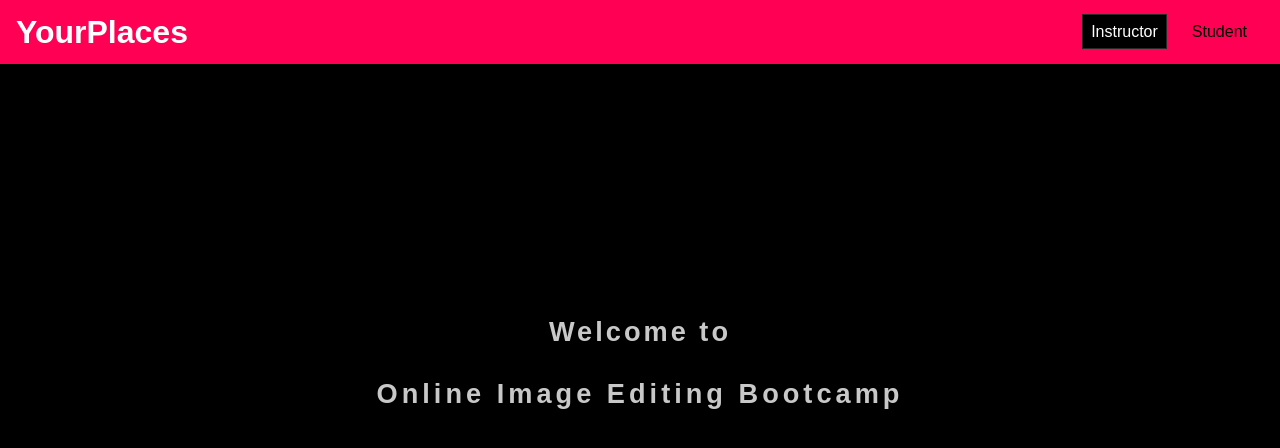
Repository: TanviSanyal/ImageEditingBootcamp
Page: /
The author's editor kept a copy of each file at every save. The page is drawn from the files as they stood at one save, then again after the next save.
The browser window is 1280 px wide. The pictures show the whole page.
The project was rebuilt for these pictures with package versions that can differ from the ones it lists, and the page was loaded fresh each time. Also part of the build but not shown: src/shared/components/navigation/SideDrawer.css, src/shared/components/UIElements/Backdrop.css, src/shared/components/UIElements/Backdrop.js.

Above is the page before, as saved 2020-09-27 00:00:47.

### public/index.html
<!DOCTYPE html>
<html lang="en">
  <head>
    <meta charset="utf-8" />
    <link rel="icon" href="%PUBLIC_URL%/favicon.ico" />
    <meta name="viewport" content="width=device-width, initial-scale=1" />
    <meta name="theme-color" content="#000000" />
    <meta
      name="description"
      content="Web site created using create-react-app"
    />
    <link rel="apple-touch-icon" href="%PUBLIC_URL%/logo192.png" />
    <link rel="manifest" href="%PUBLIC_URL%/manifest.json" />
    <title>React App</title>
  </head>
  <body>
    <noscript>You need to enable JavaScript to run this app.</noscript>
    <div id="backdrop-hook"></div>
    <div id="modal-hook"></div>
    <div id="drawer-hook"></div>
    <div id="root"></div>
  </body>
</html>

### src/index.css
@import url('https://fonts.googleapis.com/css?family=Open+Sans:400,700&display=swap');

* {
  box-sizing: border-box;
}

html {
  font-family:Arial, Helvetica, sans-serif;
	font-weight:normal;
}

body {
  margin: 0;
  background: black;
}

### src/App.js
import React from 'react';
import {
  BrowserRouter as Router,
  Route,
  Redirect,
  Switch
} from 'react-router-dom';
import './App.css'
import MainNavigation from '../src/shared/components/navigation/MainNavigation';


const App = () => {

  // <Switch>
  //   <Route path="/" exact>
  //     {/* <Users /> */}
  //   </Route>
  //   <Route path="/:userId/places" exact>
  //     {/* <UserPlaces /> */}
  //   </Route>
  //   <Route path="/places/new" exact>
  //     {/* <NewPlace /> */}
  //   </Route>
  //   <Route path='/places/:placeId'>
  //     {/* <UpdatePlace /> */}
  //   </Route>
  //   <Redirect to="/" />
  // </Switch>

  return (
    <Router>
      <MainNavigation />
      <main className="main-body">
        <p className="text1">Welcome to</p>
        <p className="text2"> Online Image Editing Bootcamp</p>
      </main>
    </Router>
  );
};

export default App;

### src/App.css

.main-body{
  text-align: center;
  padding-top: 29vh;
  padding-left: 3%;
  padding-right: 3%;
}

.text1{
  color:rgb(200,200,200);
  font-size: 170%;
  letter-spacing: 3PX;
  font-weight: 700;
  animation: text 3s 1;
}
.text2{
  color: rgb(200,200,200);
  font-size: 170%;
  letter-spacing: 4PX;
  line-height: 37PX;
  font-weight: 700;
}

@keyframes text{
  0%{
    color: black;
    margin-bottom: -40px;
  }
  30%{
    letter-spacing: 20px;
    /* margin-bottom: -40px; */
  }

}

### src/shared/components/navigation/MainNavigation.js
import React, { useState } from 'react';
import { Link } from 'react-router-dom';

import MainHeader from './MainHeader';
import NavLinks from './NavLinks';
import SideDrawer from './SideDrawer';
import Backdrop from '../UIElements/Backdrop';
import './MainNavigation.css';

const MainNavigation = props => {
  const [drawerIsOpen, setDrawerIsOpen] = useState(false);

  const openDrawerHandler = () => {
    setDrawerIsOpen(true);
  };

  const closeDrawerHandler = () => {
    setDrawerIsOpen(false);
  };

  return (
    <React.Fragment>
      {drawerIsOpen && <Backdrop onClick={closeDrawerHandler} />}
      <SideDrawer show={drawerIsOpen} onClick={closeDrawerHandler}>
        <nav className="main-navigation__drawer-nav">
          <NavLinks />
        </nav>
      </SideDrawer>

      <MainHeader>
        <button className="main-navigation__menu-btn" onClick={openDrawerHandler}>
          <span />
          <span />
          <span />
        </button>
        <h1 className="main-navigation__title">
          <Link to="/">YourPlaces</Link>
        </h1>
        <nav className="main-navigation__header-nav">
          <NavLinks />
        </nav>
      </MainHeader>
    </React.Fragment>
  );
};

export default MainNavigation;

### src/shared/components/navigation/MainHeader.js
import React from 'react';

import './MainHeader.css';

const MainHeader = props => {
  return <header className="main-header">{props.children}</header>;
};

export default MainHeader;

### src/shared/components/navigation/NavLinks.js
import React,{useContext} from 'react';
import './NavLinks.css';
import {NavLink} from 'react-router-dom';
// import {AuthContext} from '../../context/auth-context';

const NavLinks = props => {

    // const auth = useContext(AuthContext);
    return(
        <ul className="nav-links">
            <li>
                <NavLink to="/" exact>Instructor</NavLink>
            </li>
           <li>
                <NavLink to="/u1/places">Student</NavLink>
            </li>
        </ul>
    );
};

export default NavLinks;

### src/shared/components/navigation/MainNavigation.css
.main-navigation__menu-btn {
    width: 3rem;
    height: 3rem;
    background: transparent;
    border: none;
    display: flex;
    flex-direction: column;
    justify-content: space-around;
    margin-right: 2rem;
    cursor: pointer;
  }

  .main-navigation__menu-btn span {
    display: block;
    width: 3rem;
    height: 2.5px;
    background: white;
  }

  .main-navigation__title {
    color: white;
  }

  .main-navigation__title a {
    text-decoration: none;
    color: white;
  }

  .main-navigation__header-nav {
    display: none;
  }

  .main-navigation__drawer-nav {
    height: 100%;
  }

  @media (min-width: 768px) {
    .main-navigation__menu-btn {
      display: none;
    }

    .main-navigation__header-nav {
      display: block;
    }
  }

### src/shared/components/navigation/NavLinks.css
.nav-links {
    list-style: none;
    margin: 0;
    padding: 0;
    width: 100%;
    height: 100%;
    display: flex;
    flex-direction: column;
    justify-content: center;
    align-items: center;
  }

  .nav-links li {
    margin: 1rem;
  }

  .nav-links a {
    border: 1px solid transparent;
    color: #292929;
    text-decoration: none;
    padding: 0.5rem;
  }

  .nav-links a:hover,
  .nav-links a:active,
  .nav-links a.active {
    background: black;
    border-color: #292929;
    color: white;
  }

  .nav-links button {
    cursor: pointer;
    border: 1px solid #292929;
    color: #292929;
    background: transparent;
    padding: 0.5rem;
    font: inherit;
  }

  .nav-links button:focus {
    outline: none;
  }

  .nav-links button:hover,
  .nav-links button:active {
    background: #292929;
    color: black;
  }

  @media (min-width: 768px) {
    .nav-links {
      flex-direction: row;
    }

    .nav-links li {
      margin: 0 0.5rem;
    }

    .nav-links a {
      color: black;
      text-decoration: none;
    }

    .nav-links button {
      border: 1px solid white;
      color: white;
      background: transparent;
    }

    .nav-links button:hover,
    .nav-links button:active {
      background: black;
      color: #292929;
    }
  }

Loaded but not shown: src/index.js (common file); src/shared/components/navigation/SideDrawer.js (common file); src/shared/components/navigation/MainHeader.css (common file)

After the next save:
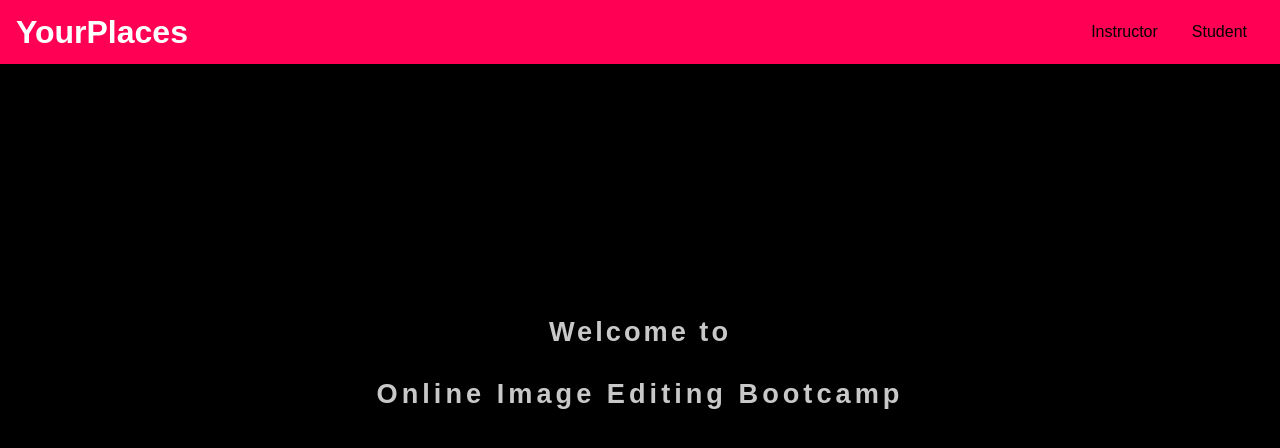
Saved 58 s later.
--- a/src/shared/components/navigation/NavLinks.css
+++ b/src/shared/components/navigation/NavLinks.css
@@ -22,8 +22,7 @@
   }
 
   .nav-links a:hover,
-  .nav-links a:active,
-  .nav-links a.active {
+  .nav-links a:active {
     background: black;
     border-color: #292929;
     color: white;
